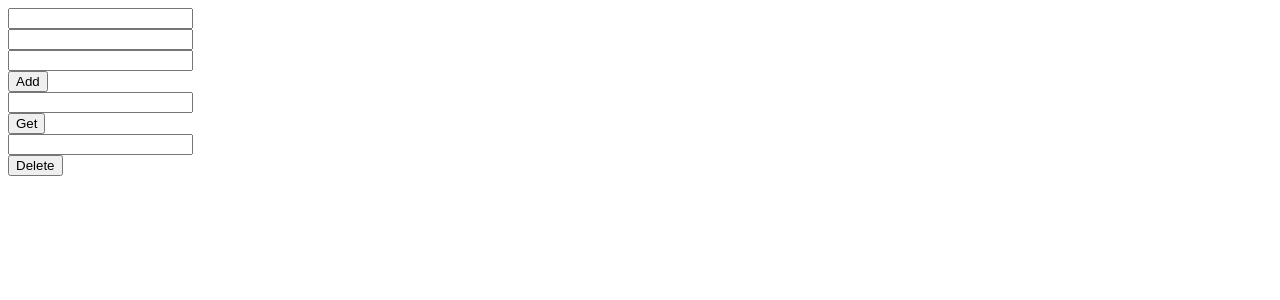
Repository: sagaryadav012/SpringBootExamples
Page: http://localhost/WebCrudDemo/home.jsp
The author's editor kept a copy of each file at every save. The page is drawn from the files as they stood at one save, then again after the next save.
The browser window is 1280 px wide. The pictures show the whole page.
The page is served by Tomcat 9. Other server files are loaded and not shown.

Above is the page before, as saved 2023-02-22 07:22:35.

### WebCrudDemo/src/main/webapp/home.jsp
<%@ page language="java" contentType="text/html; charset=ISO-8859-1"
    pageEncoding="ISO-8859-1"%>
<!DOCTYPE html>
<html>
<body>
	<form action="addStudent">
		<input type="text" name="id"><br>
		<input type="text" name="name"><br>
		<input type="text" name="tech"><br>
		<input type="submit" value="Add"><br>
	</form>

	<form action="getStudent">
		<input type="text" name="id" ><br>
		<input type="submit" value="Get"><br>
	</form>

	<form action="deleteStudent">
		<input type="text" name="id"><br>
		<input type="submit" value="Delete"><br>
	</form>
</body>
</html>

After the next save:
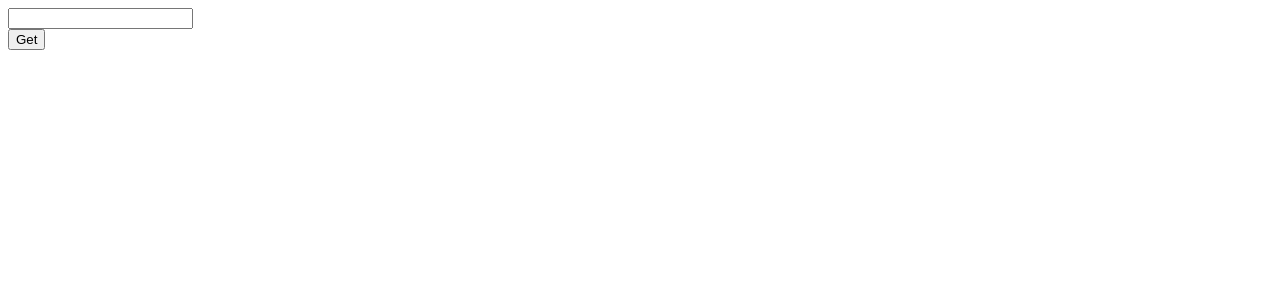
Saved 3 h 57 min later.
--- a/WebCrudDemo/src/main/webapp/home.jsp
+++ b/WebCrudDemo/src/main/webapp/home.jsp
@@ -3,21 +3,21 @@
 <!DOCTYPE html>
 <html>
 <body>
-	<form action="addStudent">
+	<!-- <form action="addStudent">
 		<input type="text" name="id"><br>
 		<input type="text" name="name"><br>
 		<input type="text" name="tech"><br>
 		<input type="submit" value="Add"><br>
-	</form>
+	</form> -->
 
 	<form action="getStudent">
 		<input type="text" name="id" ><br>
 		<input type="submit" value="Get"><br>
 	</form>
 
-	<form action="deleteStudent">
+	<!-- <form action="deleteStudent">
 		<input type="text" name="id"><br>
 		<input type="submit" value="Delete"><br>
-	</form>
+	</form> -->
 </body>
 </html>
